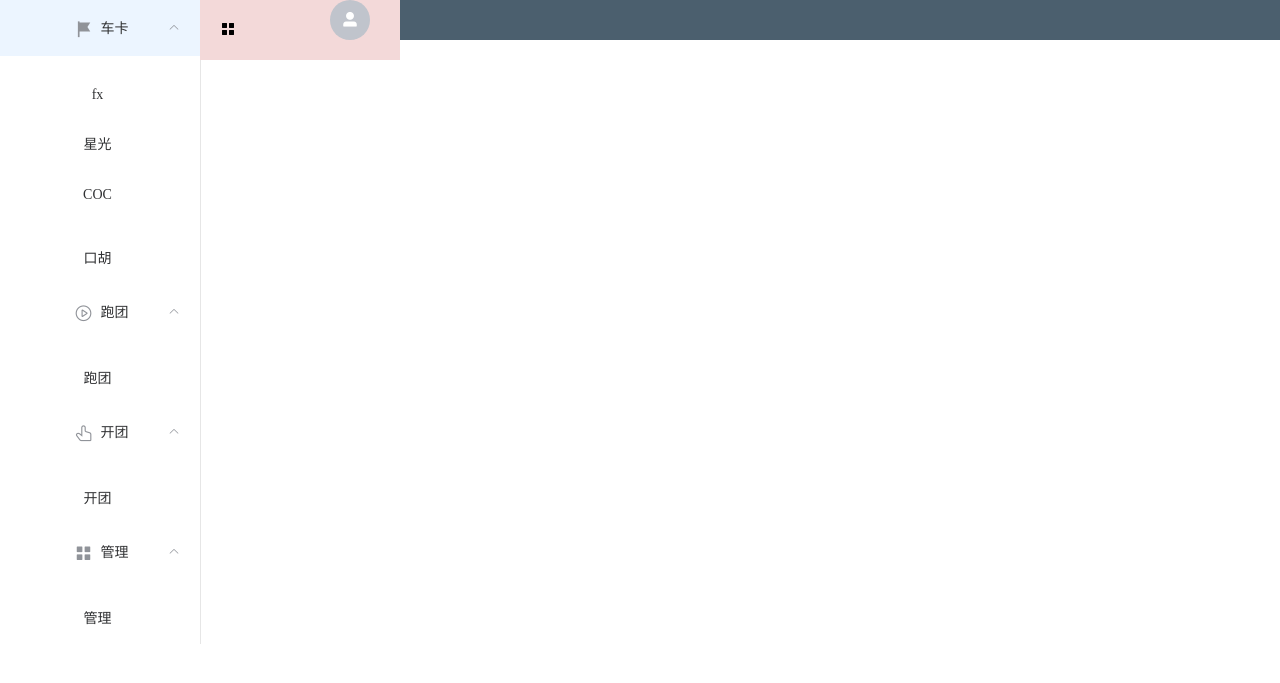
Repository: redlout/ptgkd
Page: /
The author's editor kept a copy of each file at every save. The page is drawn from the files as they stood at one save, then again after the next save.
The browser window is 1280 px wide. The pictures show the whole page.
The project was rebuilt for these pictures with package versions that can differ from the ones it lists, and the page was loaded fresh each time. Also part of the build but not shown: src/mock/mock.js, src/views/Login.vue, src/components/SvgIcon/index.vue.

Above is the page before, as saved 2019-09-02 21:55:08.

After the next save:
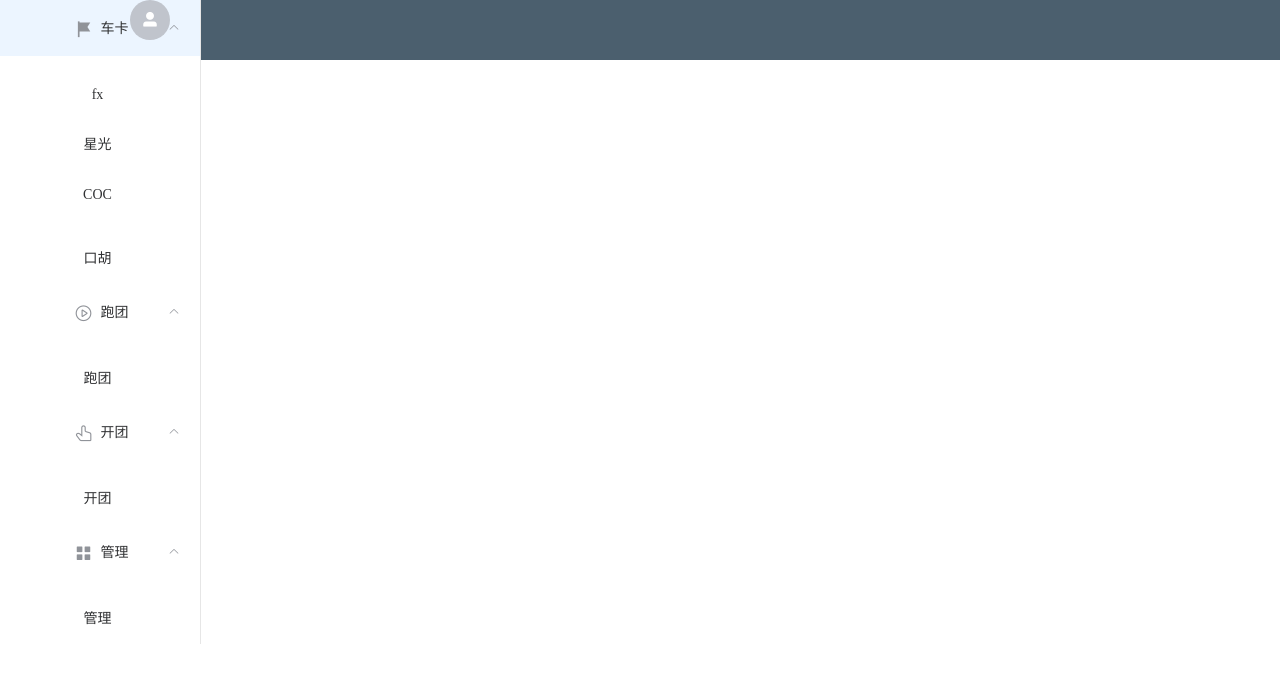
Saved 4 min 30 s later.
--- a/src/components/HeadBar/index.vue
+++ b/src/components/HeadBar/index.vue
@@ -36,12 +36,12 @@ export default {
 
 <style scoped lang="scss">
 .el-header {
-  background-color: rgb(243, 217, 217);
-  position: absolute;
-  left: 200px;
-  right: 0px;
-  height: 60px;
-  line-height: 60px;
+  // background-color: rgb(243, 217, 217);
+  // position: absolute;
+  // left: 200px;
+  // right: 0px;
+  // height: 60px;
+  // line-height: 60px;
 
   .collapse-switcher {
     width: 40px;
